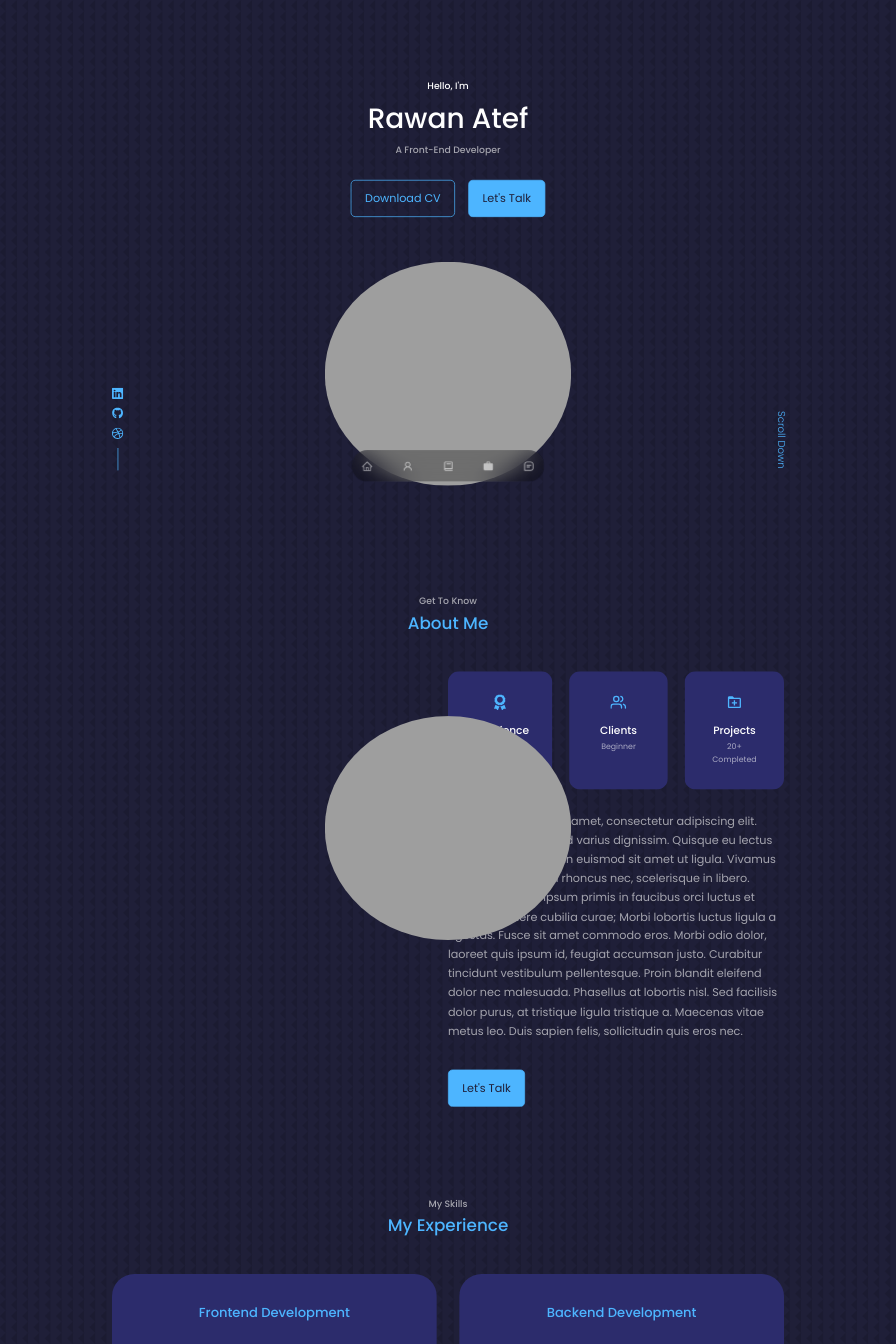
Repository: ro23a/portfolio-website
Page: /
The author's editor kept a copy of each file at every save. The page is drawn from the files as they stood at one save, then again after the next save.
The browser window is 1280 px wide. The pictures show the part of the page from y = 0 to 1920 px (the page is 4147 px tall), at 70% of full size.
Pictures or frames that could not be fetched are drawn as grey boxes. The project was rebuilt for these pictures with package versions that can differ from the ones it lists, and the page was loaded fresh each time. Imported but missing from the stored project, and not drawn on this page: src/assets/cv.pdf.

Above is the page before, as saved 2022-11-08 16:28:39.

After the next save:
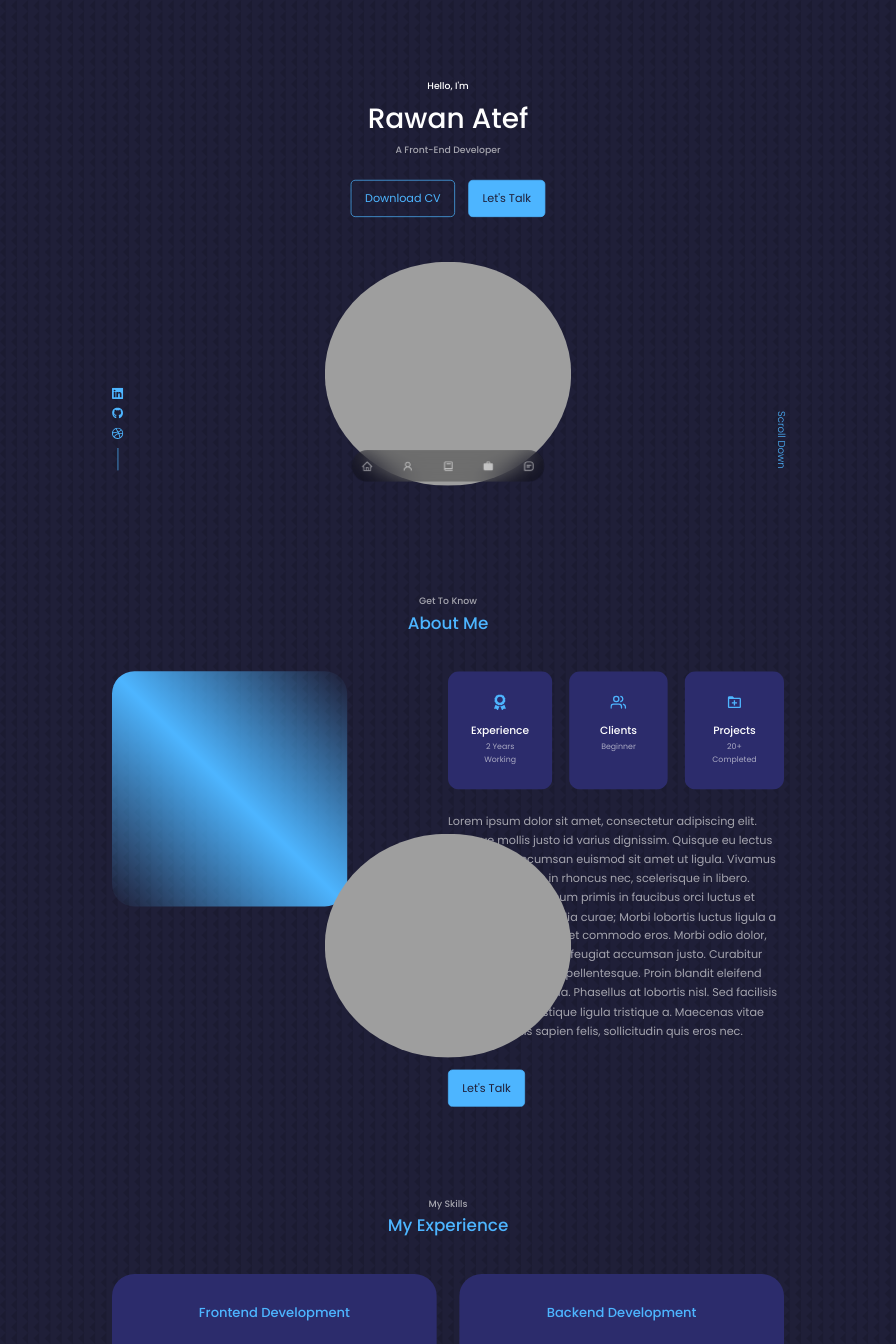
Saved 14 s later.
--- a/src/components/about/About.css
+++ b/src/components/about/About.css
@@ -3,7 +3,7 @@
     grid-template-columns: 35% 50%;
     gap: 15%;
 }
-/* .about__me {
+ .about__me {
     width: 100%;
     aspect-ratio: 1/1;
     border-radius: 2rem;
@@ -11,6 +11,7 @@
     display: grid;
     place-items: center;
 }
+/*
 .about__me-image {
     border-radius: 2rem;
     overflow: hidden;
